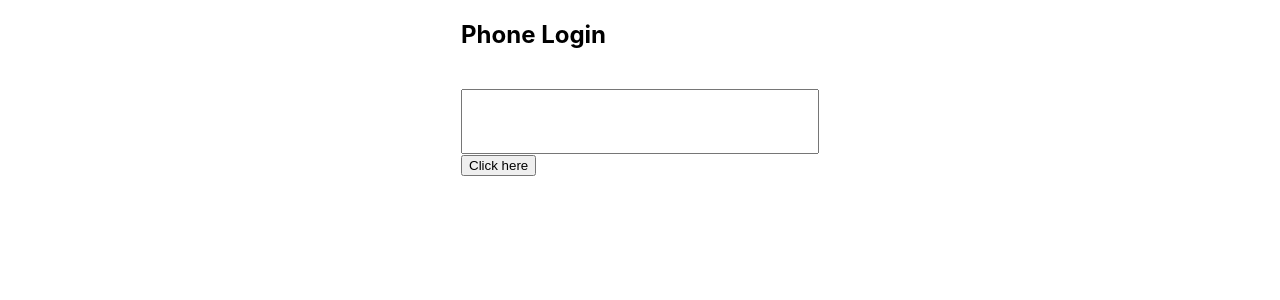
Repository: Rubin78/login-verification
Page: /
These files come from the project's save history. The page is drawn as it stood at one moment and after the next save; the edit follows.
The browser window is 1280 px wide. The pictures show the whole page.
The project was rebuilt for these pictures with package versions that can differ from the ones it lists, and the page was loaded fresh each time.

Above is the page before, as saved 2021-02-16 01:45:11.

### src/App.js
import React, { Component, label } from "react";
import "./App.css";
import firebase from "./firebase";

export default class App extends Component {
  constructor(props) {
    super(props);

    this.state = {
      phoneNumber: null,
    };
  }

  //   setUpRecaptcha = () =>{
  // window.recaptchaVerifier = new firebase.auth.RecaptchaVerifier(
  //   "sign-in-button",
  //   {
  //     size: "invisible",
  //     callback: (response) => {
  //       // reCAPTCHA solved, allow signInWithPhoneNumber.
  //       this.onSignInSubmit();
  //     },
  //   }
  // );

  //   };

  //   onSignInSubmit = (event) => {
  // event.preventDefault();
  //     const phoneNumber = "+918369696578";
  //     const appVerifier = window.recaptchaVerifier;
  //     firebase
  //       .auth()
  //       .signInWithPhoneNumber(phoneNumber, appVerifier)
  //       .then((confirmationResult) => {
  // SMS sent. Prompt user to type the code from the message, then sign the
  // user in with confirmationResult.confirm(code).
  // window.confirmationResult = confirmationResult;
  // ...
  // })
  // .catch((error) => {
  // Error; SMS not sent
  // ...
  //     });
  // }

  handleClick = (e) => {
    e.preventDefault();
    const { phoneNumber } = this.state;
    const phoneNumber_countryCode = `+91${phoneNumber}`;
    console.log(phoneNumber_countryCode);
    let recaptcha = new firebase.auth.RecaptchaVerifier("recaptcha");
    let number = phoneNumber_countryCode;
    firebase
      .auth()
      .signInWithPhoneNumber(number, recaptcha)
      .then(function (e) {
        let code = prompt("enter otp", "");
        if (code == null) return;
        e.confirm(code)
          .then(function (result) {
            console.log(result.user, "user");
            document.querySelector("label").textContent =
              result.user.phoneNumber + "Number Verified";
          })
          .catch((error) => {
            console.log(error);
          });
      });
  };

  render() {
    const { phoneNumber } = this.state;
    return (

       <div className="container">

<div className="row justify-content-center align-item-center">

<div className="col-sm-6 text-left">
  <h2>Phone Login</h2>
  </div>
        <form onSubmit={this.handleClick}>
          <div id="recaptcha"></div>
          <br />


          <input
            type="tel"
            pattern="[789][0-9]{9}"
            value={phoneNumber}
            onChange={(e) => {
              this.setState({
                phoneNumber: e.target.value,
              });
            }}
          />
          <br />
          <input type="submit" value="Click here" />
        </form>
        </div>
        {/* <div className="container">

<div className="row justify-content-center align-item-center">

<div className="col-sm-6 text-left">
  <h2>Phone Login</h2>
  </div>
<form onSubmit={this.onSignInSubmit}>
  <div className="form-group">
    <label for ="exampleInputEmail1">phone number</label>
    <input type="number" className="form-control" />
    </div>

    <button type="submit" className="btn btn-primary">submit</button>
    </form>
  </div>
  </div> */}
      </div>
    );
  }
}

### src/App.css
.App {
  text-align: center;
}
.container{
  display: flex;
  justify-content: center;
  align-items: center;
}
.App-logo {
  height: 40vmin;
  pointer-events: none;
}

@media (prefers-reduced-motion: no-preference) {
  .App-logo {
    animation: App-logo-spin infinite 20s linear;
  }
}
input[type="tel"] {
    padding: 12px 46px;
    font-size: 25px;
    font-family: Impact, Haettenschweiler, 'Arial Narrow Bold', sans-serif;
}
.App-header {
  background-color: #282c34;
  min-height: 100vh;
  display: flex;
  flex-direction: column;
  align-items: center;
  justify-content: center;
  font-size: calc(10px + 2vmin);
  color: white;
}

.App-link {
  color: #61dafb;
}

@keyframes App-logo-spin {
  from {
    transform: rotate(0deg);
  }
  to {
    transform: rotate(360deg);
  }
}

### src/firebase.js
import firebase from "firebase";
import "firebase/auth";



// Your web app's Firebase configuration
var firebaseConfig = {
  apiKey: "AIzaSyCPzRnaARKqxbz7v2rWT2UkPVg2Tu1pzO8",
  authDomain: "phone-login-2db6e.firebaseapp.com",
  projectId: "phone-login-2db6e",
  storageBucket: "phone-login-2db6e.appspot.com",
  messagingSenderId: "683632220759",
  appId: "1:683632220759:web:e58cc6ba32dc476c8a2112",
};
// Initialize Firebase
firebase.initializeApp(firebaseConfig);

export default firebase;

Loaded but not shown: public/index.html (common file); src/index.js (common file); src/index.css (common file); src/reportWebVitals.js (common file)

After the next save:
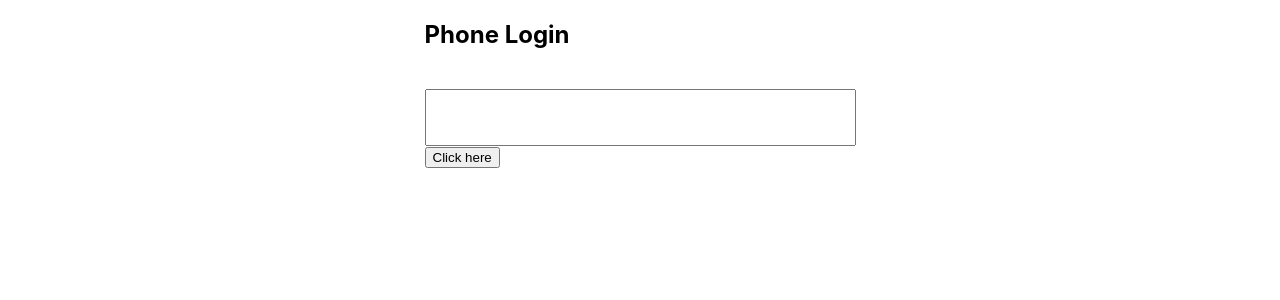
Saved 18 s later.
--- a/src/App.css
+++ b/src/App.css
@@ -19,7 +19,7 @@
 input[type="tel"] {
     padding: 12px 46px;
     font-size: 25px;
-    font-family: Impact, Haettenschweiler, 'Arial Narrow Bold', sans-serif;
+    font-weight: bolder;
 }
 .App-header {
   background-color: #282c34;
